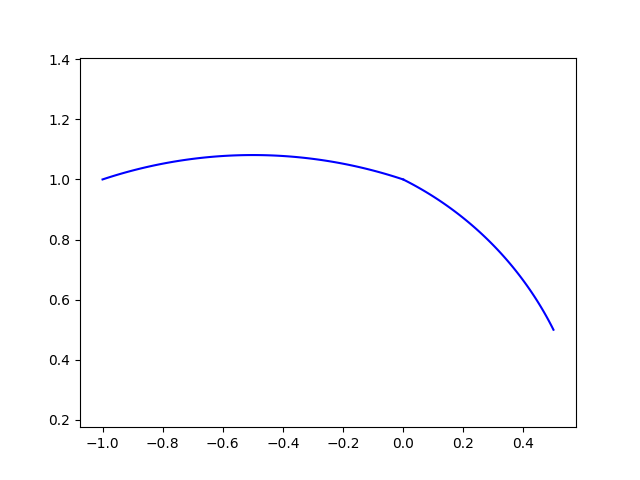
Repository: lbylzkx/Circle-Point-Manuscript
Script's output: python draw_flower_test.py
These files come from the project's save history. The script's output is drawn as it stood at one moment and after the next save; the edit follows.
Each picture stacks the figures in order, with grey between them; figures that are only written to a file come last. Random numbers start from a fixed seed.

Above is the script's output before, as saved 2023-09-20 10:34:32.

### draw_flower_test.py
from draw_arc import arc
import matplotlib.pyplot as plt

# arc((0, 1), (2, 1), (1, 2))
# arc((0, 0), (-1, -1), (1, 1))

arc((-0.5, -0.5), (0, 1), (-1, 1))
arc((-0.5, 0), (0.5, 0.5), (0, 1))
plt.show()
# , 'r'
# , 'r'

### draw_arc.py
import matplotlib.pyplot as plt
import numpy as np

import sys
sys.path.append('C:/Userslbylzk/Documents/BaiduSyncdisk/Flowers')


def arc(center, point1, point2, color='b'):
    # 计算端点到圆心的向量
    vector1 = np.array(point1) - np.array(center)
    vector2 = np.array(point2) - np.array(center)

    # 计算向量的模长
    r1 = np.linalg.norm(vector1)
    r2 = np.linalg.norm(vector2)

    # 计算向量之间的夹角
    theta1 = np.arctan2(vector1[1], vector1[0])
    theta2 = np.arctan2(vector2[1], vector2[0])

    # 确保 theta2 > theta1
    if theta2 < theta1:
        theta2 += 2 * np.pi

    # 计算圆弧上的点
    t = np.linspace(theta1, theta2, 100)
    x = center[0] + r1 * np.cos(t)
    y = center[1] + r1 * np.sin(t)

    # X,Y轴等长
    plt.axis('equal')
    # 绘制圆弧
    plt.plot(x, y, color)


# 示例
# draw_arc((1, 1), (2, 1), (1, 0))
# draw_arc((1, 1), (1, 0), (2, 1))
# arc((0, 0), (-1, -1), (1, 1), 'r')
# plt.axis('equal')
plt.show()

After the next save:
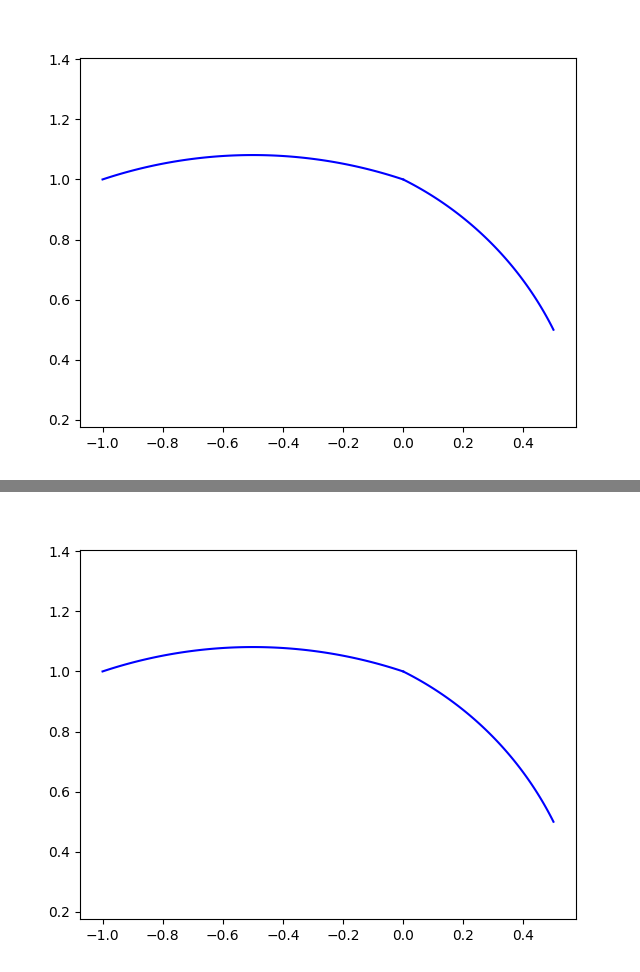
Saved 25 s later.
--- a/draw_arc.py
+++ b/draw_arc.py
@@ -38,4 +38,6 @@
 # draw_arc((1, 1), (1, 0), (2, 1))
 # arc((0, 0), (-1, -1), (1, 1), 'r')
 # plt.axis('equal')
+arc((-0.5, -0.5), (0, 1), (-1, 1))
+arc((-0.5, 0), (0.5, 0.5), (0, 1))
 plt.show()

After the save that followed:
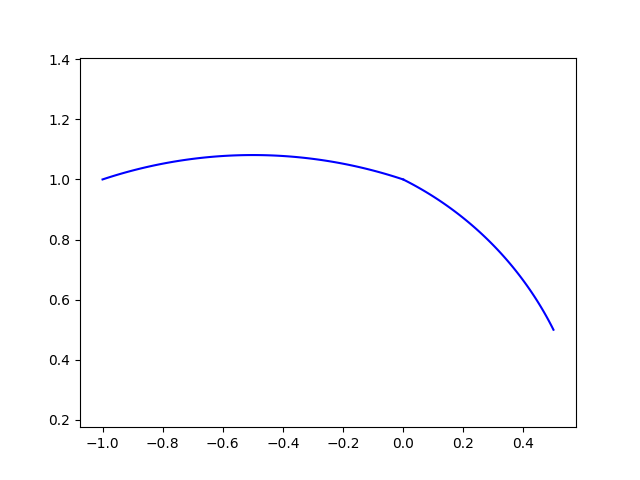
Saved 13 s later.
--- a/draw_arc.py
+++ b/draw_arc.py
@@ -38,6 +38,4 @@
 # draw_arc((1, 1), (1, 0), (2, 1))
 # arc((0, 0), (-1, -1), (1, 1), 'r')
 # plt.axis('equal')
-arc((-0.5, -0.5), (0, 1), (-1, 1))
-arc((-0.5, 0), (0.5, 0.5), (0, 1))
 plt.show()
